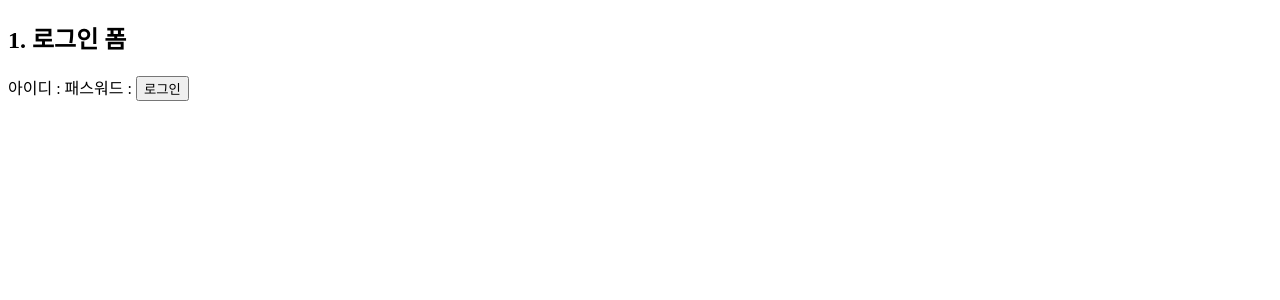
Repository: iamstudybox00/JSP_Servlet
Page: http://localhost/MustHaveJSP/02ImplicitObject/ResponseMain.jsp
The author's editor kept a copy of each file at every save. The page is drawn from the files as they stood at one save, then again after the next save.
The browser window is 1280 px wide. The pictures show the whole page.
The page is served by Tomcat 10. Other server files are loaded and not shown.

Above is the page before, as saved 2025-05-02 07:14:09.

### MustHaveJSP/src/main/webapp/02ImplicitObject/ResponseMain.jsp
<%@ page language="java" contentType="text/html; charset=UTF-8"
    pageEncoding="UTF-8"%>
<!DOCTYPE html>
<html>
	<head>
	<meta charset="UTF-8">
	<title>내장 객체 - response</title>
	</head>
	<body>
		<h2>1. 로그인 폼</h2>
		<%
		String loginErr = request.getParameter("loginErr");

		if(loginErr != null) out.println("로그인 실패");
		%>

		<form action="./ResponseLogin.jsp" method="post">
			아이디 :
			패스워드 :
			<input type="submit" value="로그인" />
		</form>
	</body>
</html>

After the next save:
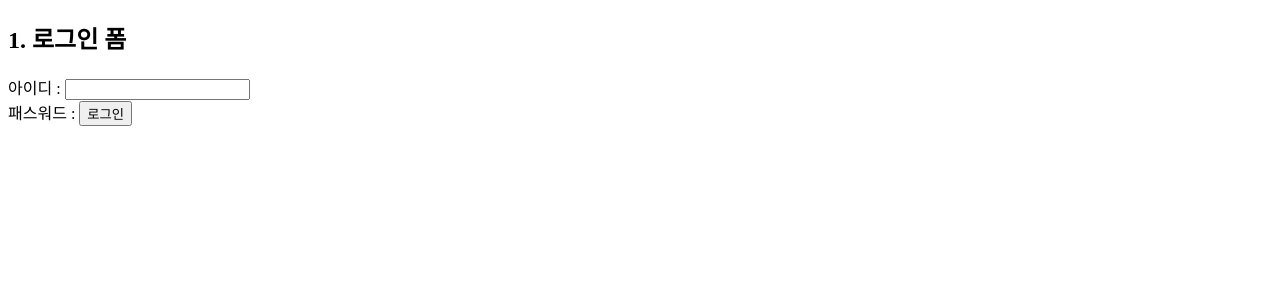
Saved 19 s later.
--- a/MustHaveJSP/src/main/webapp/02ImplicitObject/ResponseMain.jsp
+++ b/MustHaveJSP/src/main/webapp/02ImplicitObject/ResponseMain.jsp
@@ -15,7 +15,7 @@
 		%>
 
 		<form action="./ResponseLogin.jsp" method="post">
-			아이디 :
+			아이디 : <input type="texet" name="user_id" /><br/>
 			패스워드 :
 			<input type="submit" value="로그인" />
 		</form>
